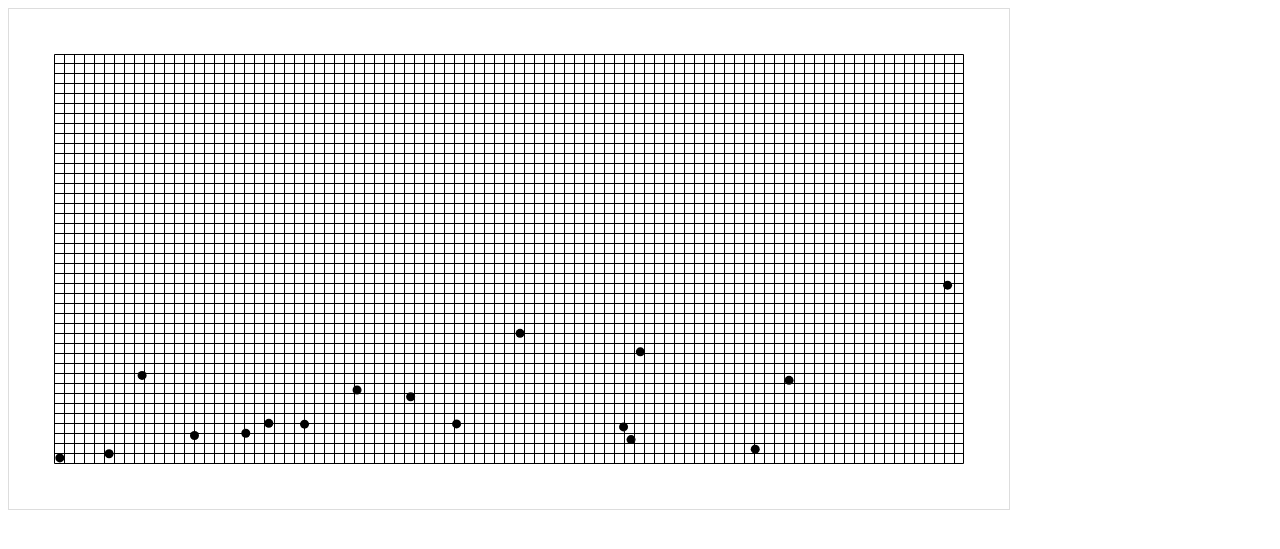
Repository: cw19931024/Demo
Page: canvas.html
These files come from the project's save history. The page is drawn as it stood at one moment and after the next save; the edit follows.
The browser window is 1280 px wide. The pictures show the whole page.

Above is the page before, as saved 2017-07-27 17:31:28.

After the next save:
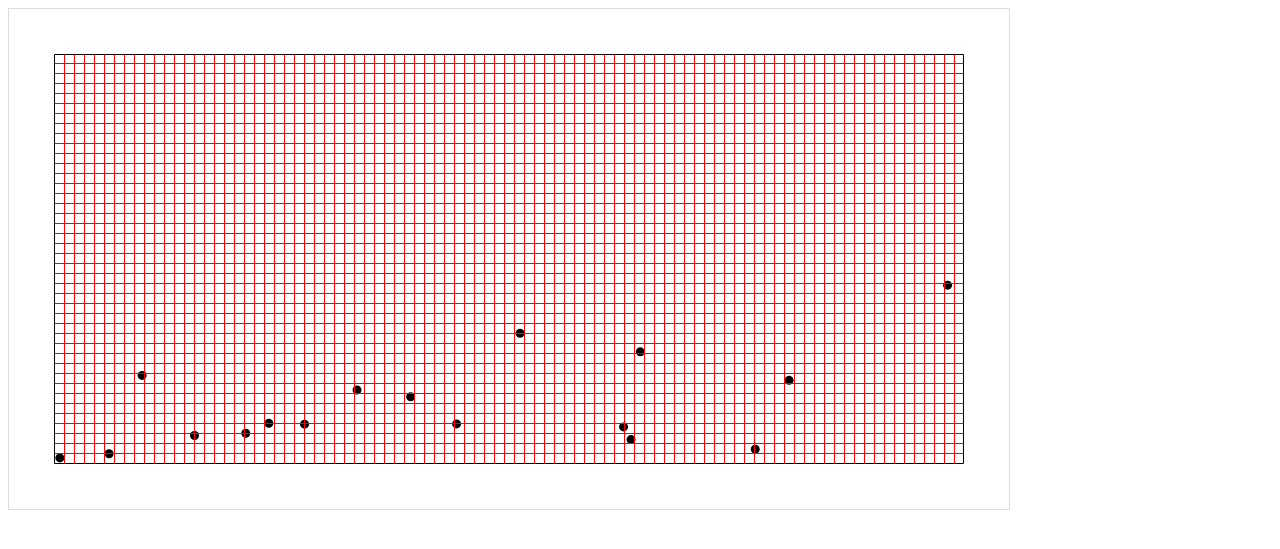
Saved 32 s later.
--- a/canvas.html
+++ b/canvas.html
@@ -61,7 +61,7 @@
     for (var i = 0; i < data.length; i++) {
         context.beginPath();
         context.arc(data[i][0] + padding + 4.5, (height - data[i][1] - padding - 3), 4.5, 0, Math.PI * 2, true)
-        context.strokeStyle = '#000'
+        context.strokeStyle = 'red'
         context.fill();
     }
 

After the save that followed:
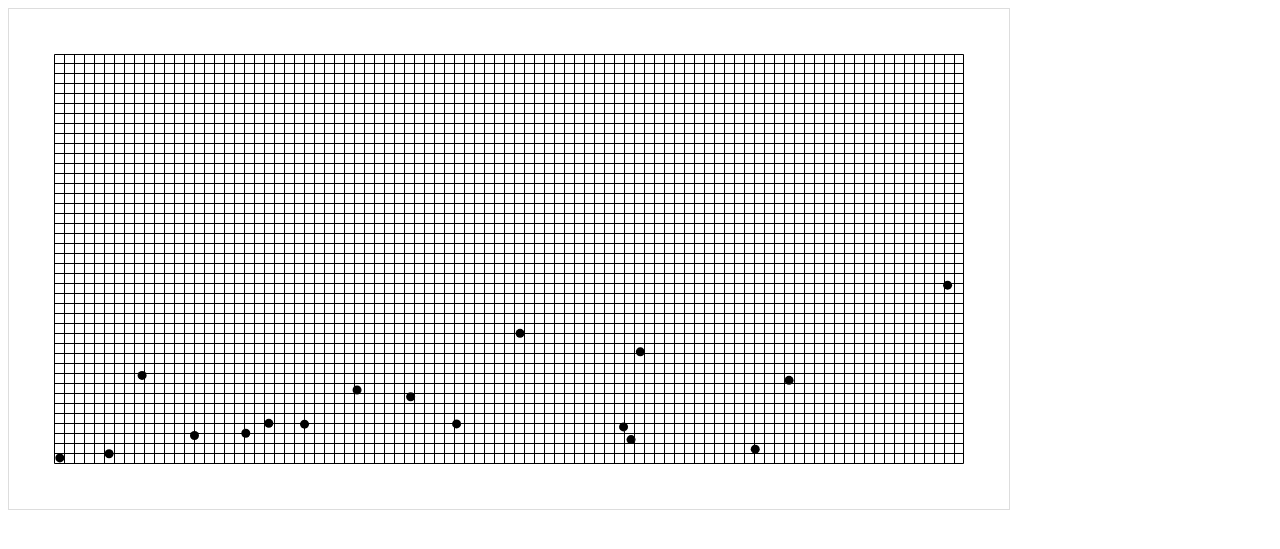
Saved 16 s later.
--- a/canvas.html
+++ b/canvas.html
@@ -61,7 +61,7 @@
     for (var i = 0; i < data.length; i++) {
         context.beginPath();
         context.arc(data[i][0] + padding + 4.5, (height - data[i][1] - padding - 3), 4.5, 0, Math.PI * 2, true)
-        context.strokeStyle = 'red'
+        context.strokeStyle = '#000'
         context.fill();
     }
 
